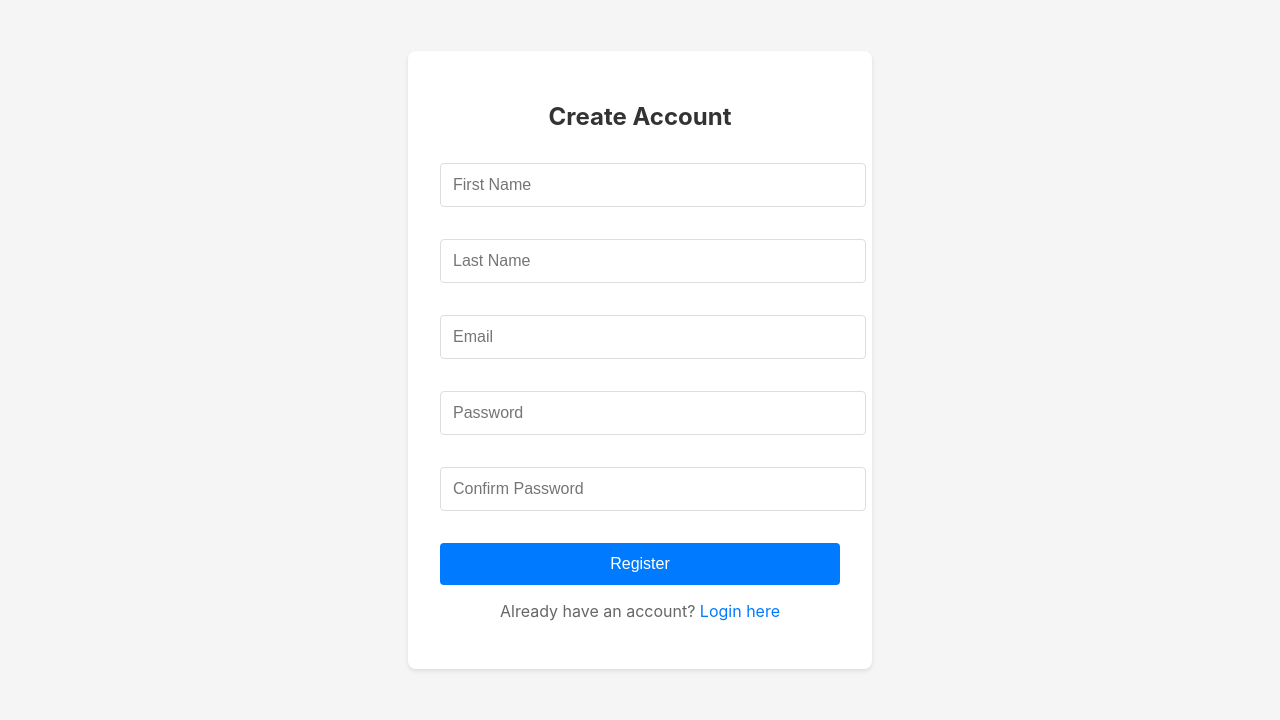
Repository: gpierre004/stock_trader_new
Page: /register (app in client/)
These files come from the project's save history. The page is drawn as it stood at one moment and after the next save; the edit follows.
The browser window is 1280 px wide. The pictures show the whole page.
The page's requests for data from a server got no answer. The project was rebuilt for these pictures with package versions that can differ from the ones it lists, and the page was loaded fresh each time. No one was signed in, and anything a server would have sent is missing. Also part of the build but not shown: client/src/pages/LoginPage.jsx, client/src/pages/DashboardPage.jsx, client/src/components/Navbar/Navbar.jsx, client/src/layouts/MainLayout.jsx.

Above is the page before, as saved 2024-12-08 22:11:01.

### client/src/App.js
import React from 'react';
import { Provider } from 'react-redux';
import store from './store/store';
import AppRoutes from './routes/AppRoutes';
import './App.css';

function App() {
  return (
    <Provider store={store}>
      <div className="App">
        <AppRoutes />
      </div>
    </Provider>
  );
}

export default App;

### client/src/store/store.js
import { configureStore } from '@reduxjs/toolkit';
import authReducer from '../features/Auth/authSlice';

const store = configureStore({
  reducer: {
    auth: authReducer,
  },
});

export default store;

### client/src/routes/AppRoutes.jsx
import React from 'react';
import { BrowserRouter as Router, Routes, Route, Navigate, Outlet } from 'react-router-dom';
import LoginPage from '../pages/LoginPage';
import RegisterPage from '../pages/RegisterPage';
import DashboardPage from '../pages/DashboardPage';
import MainLayout from '../layouts/MainLayout';
import { useSelector } from 'react-redux';

const PrivateRoute = () => {
  const { user } = useSelector((state) => state.auth);
  return user ? <Outlet /> : <Navigate to="/" />;
};

const AppRoutes = () => {
  return (
    <Router>
      <Routes>
        <Route path="/" element={<LoginPage />} />
        <Route path="/register" element={<RegisterPage />} />
        <Route element={<PrivateRoute />}>
          <Route element={<MainLayout />}>
            <Route path="/dashboard" element={<DashboardPage />} />
          </Route>
        </Route>
      </Routes>
    </Router>
  );
};

export default AppRoutes;

### client/src/features/Auth/authSlice.js
import { createSlice, createAsyncThunk } from '@reduxjs/toolkit';
import authService from './authService';

export const login = createAsyncThunk('auth/login', async (userData, thunkAPI) => {
  try {
    return await authService.login(userData);
  } catch (error) {
    return thunkAPI.rejectWithValue(error.response.data);
  }
});

const authSlice = createSlice({
  name: 'auth',
  initialState: { user: null, isLoading: false, error: null },
  reducers: {
    logout: (state) => {
      state.user = null;
    },
  },
  extraReducers: (builder) => {
    builder
      .addCase(login.pending, (state) => {
        state.isLoading = true;
      })
      .addCase(login.fulfilled, (state, action) => {
        state.isLoading = false;
        state.user = action.payload;
      })
      .addCase(login.rejected, (state, action) => {
        state.isLoading = false;
        state.error = action.payload;
      });
  },
});

export const { logout } = authSlice.actions;
export default authSlice.reducer;

### client/src/pages/RegisterPage.jsx
import React, { useState } from 'react';
import { useNavigate } from 'react-router-dom';
import Input from '../components/Input/Input';
import Button from '../components/Button/Button';
import authService from '../features/Auth/authService';

const RegisterPage = () => {
  const [formData, setFormData] = useState({
    email: '',
    password: '',
    confirmPassword: '',
    firstName: '',
    lastName: ''
  });
  const [error, setError] = useState('');
  const navigate = useNavigate();

  const handleChange = (e) => {
    setFormData({
      ...formData,
      [e.target.name]: e.target.value
    });
  };

  const handleSubmit = async (e) => {
    e.preventDefault();
    setError('');

    if (formData.password !== formData.confirmPassword) {
      setError('Passwords do not match');
      return;
    }

    try {
      const { confirmPassword, ...registrationData } = formData;
      await authService.register(registrationData);
      navigate('/login');
    } catch (err) {
      setError(err.response?.data?.message || 'Registration failed. Please try again.');
    }
  };

  return (
    <div style={styles.container}>
      <div style={styles.formContainer}>
        <h2 style={styles.title}>Create Account</h2>
        {error && <p style={styles.error}>{error}</p>}
        <form onSubmit={handleSubmit} style={styles.form}>
          <Input
            type="text"
            name="firstName"
            placeholder="First Name"
            value={formData.firstName}
            onChange={handleChange}
            required
          />
          <Input
            type="text"
            name="lastName"
            placeholder="Last Name"
            value={formData.lastName}
            onChange={handleChange}
            required
          />
          <Input
            type="email"
            name="email"
            placeholder="Email"
            value={formData.email}
            onChange={handleChange}
            required
          />
          <Input
            type="password"
            name="password"
            placeholder="Password"
            value={formData.password}
            onChange={handleChange}
            required
          />
          <Input
            type="password"
            name="confirmPassword"
            placeholder="Confirm Password"
            value={formData.confirmPassword}
            onChange={handleChange}
            required
          />
          <Button type="submit">Register</Button>
        </form>
        <p style={styles.loginLink}>
          Already have an account?{' '}
          <span
            onClick={() => navigate('/login')}
            style={styles.link}
          >
            Login here
          </span>
        </p>
      </div>
    </div>
  );
};

const styles = {
  container: {
    display: 'flex',
    justifyContent: 'center',
    alignItems: 'center',
    minHeight: '100vh',
    backgroundColor: '#f5f5f5'
  },
  formContainer: {
    padding: '2rem',
    backgroundColor: 'white',
    borderRadius: '8px',
    boxShadow: '0 2px 4px rgba(0, 0, 0, 0.1)',
    width: '100%',
    maxWidth: '400px'
  },
  title: {
    textAlign: 'center',
    marginBottom: '2rem',
    color: '#333'
  },
  form: {
    display: 'flex',
    flexDirection: 'column',
    gap: '1rem'
  },
  error: {
    color: 'red',
    textAlign: 'center',
    marginBottom: '1rem'
  },
  loginLink: {
    textAlign: 'center',
    marginTop: '1rem',
    color: '#666'
  },
  link: {
    color: '#007bff',
    cursor: 'pointer',
    '&:hover': {
      textDecoration: 'underline'
    }
  }
};

export default RegisterPage;

### client/src/features/Auth/authService.js
import api from '../../services/api';

const login = async (userData) => {
  const response = await api.post('/users/login', userData);
  return response.data;
};

const register = async (userData) => {
  const response = await api.post('/users/register', userData);
  return response.data;
};

const authService = { login, register };
export default authService;

### client/src/components/Input/Input.jsx
import React from 'react';

const Input = ({ type, name, placeholder, value, onChange, required }) => {
  return (
    <input
      type={type}
      name={name}
      placeholder={placeholder}
      value={value}
      onChange={onChange}
      required={required}
      style={styles.input}
    />
  );
};

const styles = {
  input: {
    width: '100%',
    padding: '0.75rem',
    marginBottom: '1rem',
    border: '1px solid #ddd',
    borderRadius: '4px',
    fontSize: '1rem',
    '&:focus': {
      outline: 'none',
      borderColor: '#007bff',
    },
  },
};

export default Input;

### client/src/components/Button/Button.jsx
import React from 'react';

const Button = ({ children, type = 'button', onClick }) => {
  return (
    <button
      type={type}
      onClick={onClick}
      style={styles.button}
    >
      {children}
    </button>
  );
};

const styles = {
  button: {
    width: '100%',
    padding: '0.75rem',
    backgroundColor: '#007bff',
    color: 'white',
    border: 'none',
    borderRadius: '4px',
    fontSize: '1rem',
    cursor: 'pointer',
    transition: 'background-color 0.2s',
    '&:hover': {
      backgroundColor: '#0056b3',
    },
    '&:focus': {
      outline: 'none',
      boxShadow: '0 0 0 2px rgba(0,123,255,0.25)',
    },
  },
};

export default Button;

### client/src/services/api.js
import axios from 'axios';

const api = axios.create({
  baseURL: 'http://localhost:3001/api', // Assuming backend runs on port 3001
  headers: {
    'Content-Type': 'application/json'
  }
});

// Add a request interceptor to attach the token
api.interceptors.request.use(
  (config) => {
    const token = localStorage.getItem('token');
    if (token) {
      config.headers.Authorization = `Bearer ${token}`;
    }
    return config;
  },
  (error) => {
    return Promise.reject(error);
  }
);

// Add a response interceptor to handle common errors
api.interceptors.response.use(
  (response) => response,
  (error) => {
    if (error.response?.status === 401) {
      localStorage.removeItem('token');
      window.location.href = '/';
    }
    return Promise.reject(error);
  }
);

export default api;

### client/src/services/websocket.js
class WebSocketService {
    constructor() {
        this.ws = null;
        this.reconnectAttempts = 0;
        this.maxReconnectAttempts = 5;
        this.listeners = new Map();
    }

    connect() {
        try {
            this.ws = new WebSocket('ws://localhost:3001/ws');

            this.ws.onopen = () => {
                console.log('WebSocket connected');
                this.reconnectAttempts = 0;
            };

            this.ws.onmessage = (event) => {
                try {
                    const data = JSON.parse(event.data);
                    // Notify all listeners for this message type
                    const listeners = this.listeners.get(data.type) || [];
                    listeners.forEach(callback => callback(data));
                } catch (error) {
                    console.error('Error parsing WebSocket message:', error);
                }
            };

            this.ws.onclose = () => {
                console.log('WebSocket disconnected');
                this.attemptReconnect();
            };

            this.ws.onerror = (error) => {
                console.error('WebSocket error:', error);
            };
        } catch (error) {
            console.error('Error creating WebSocket connection:', error);
            this.attemptReconnect();
        }
    }

    attemptReconnect() {
        if (this.reconnectAttempts < this.maxReconnectAttempts) {
            this.reconnectAttempts++;
            console.log(`Attempting to reconnect... (${this.reconnectAttempts}/${this.maxReconnectAttempts})`);
            setTimeout(() => this.connect(), 3000);
        } else {
            console.error('Max reconnection attempts reached');
        }
    }

    subscribe(type, callback) {
        if (!this.listeners.has(type)) {
            this.listeners.set(type, []);
        }
        this.listeners.get(type).push(callback);
    }

    unsubscribe(type, callback) {
        if (!this.listeners.has(type)) return;
        const listeners = this.listeners.get(type);
        const index = listeners.indexOf(callback);
        if (index !== -1) {
            listeners.splice(index, 1);
        }
    }

    send(data) {
        if (this.ws && this.ws.readyState === WebSocket.OPEN) {
            this.ws.send(JSON.stringify(data));
        } else {
            console.error('WebSocket is not connected');
        }
    }

    disconnect() {
        if (this.ws) {
            this.ws.close();
            this.ws = null;
        }
    }
}

// Create a singleton instance
const websocketService = new WebSocketService();

export default websocketService;

Loaded but not shown: client/public/index.html (common file); client/src/index.js (common file); client/src/index.css (common file); client/src/reportWebVitals.js (common file); client/src/App.css (common file)

After the next save:
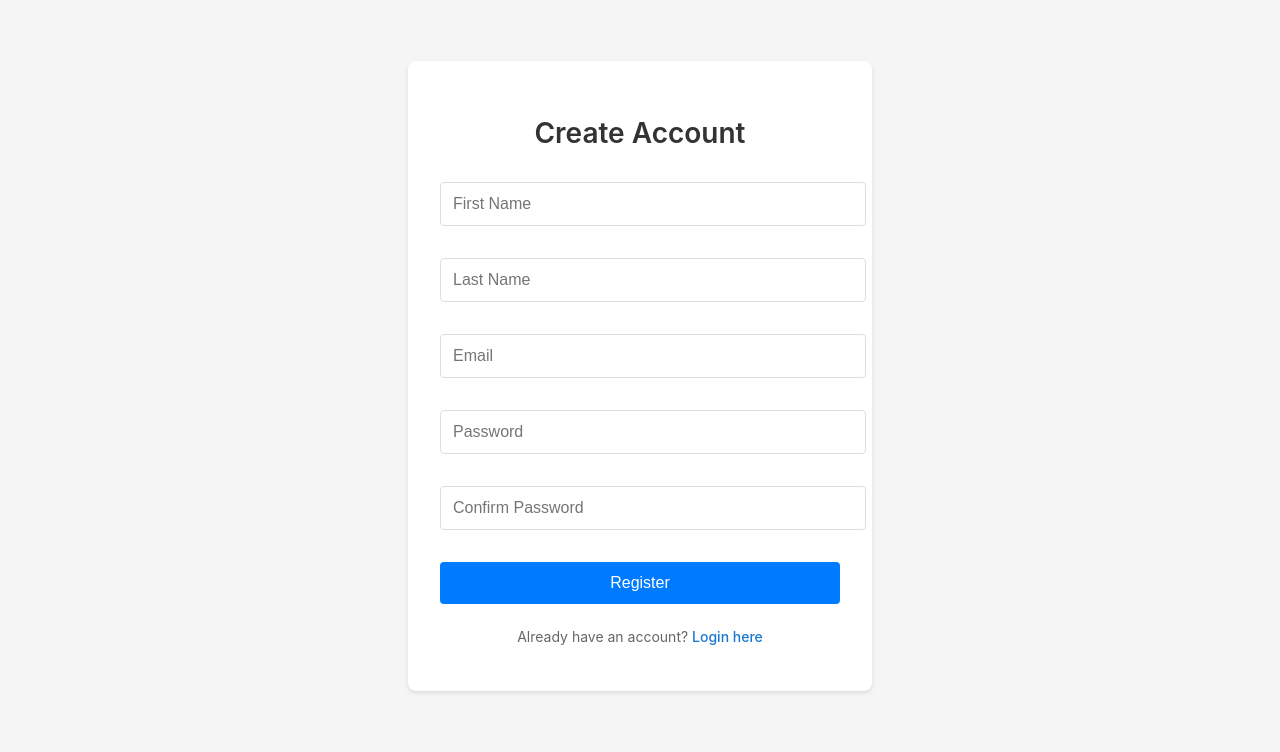
Saved 33 s later.
--- a/client/src/pages/RegisterPage.jsx
+++ b/client/src/pages/RegisterPage.jsx
@@ -1,8 +1,9 @@
-import React, { useState } from 'react';
+import React, { useState, useEffect } from 'react';
 import { useNavigate } from 'react-router-dom';
 import Input from '../components/Input/Input';
 import Button from '../components/Button/Button';
 import authService from '../features/Auth/authService';
+import websocketService from '../services/websocket';
 
 const RegisterPage = () => {
   const [formData, setFormData] = useState({
@@ -13,30 +14,88 @@ const RegisterPage = () => {
     lastName: ''
   });
   const [error, setError] = useState('');
+  const [isLoading, setIsLoading] = useState(false);
   const navigate = useNavigate();
+
+  useEffect(() => {
+    // Connect to WebSocket when component mounts
+    websocketService.connect();
+
+    // Subscribe to registration status updates
+    const handleRegistrationStatus = (data) => {
+      if (data.type === 'registration_status') {
+        if (data.status === 'success') {
+          navigate('/login');
+        } else {
+          setError(data.message || 'Registration failed');
+          setIsLoading(false);
+        }
+      }
+    };
+
+    websocketService.subscribe('registration_status', handleRegistrationStatus);
+
+    // Cleanup on unmount
+    return () => {
+      websocketService.unsubscribe('registration_status', handleRegistrationStatus);
+      websocketService.disconnect();
+    };
+  }, [navigate]);
+
+  const validateForm = () => {
+    if (!formData.email || !formData.password || !formData.confirmPassword) {
+      setError('All fields are required');
+      return false;
+    }
+
+    if (formData.password.length < 6) {
+      setError('Password must be at least 6 characters long');
+      return false;
+    }
+
+    if (formData.password !== formData.confirmPassword) {
+      setError('Passwords do not match');
+      return false;
+    }
+
+    const emailRegex = /^[^\s@]+@[^\s@]+\.[^\s@]+$/;
+    if (!emailRegex.test(formData.email)) {
+      setError('Please enter a valid email address');
+      return false;
+    }
+
+    return true;
+  };
 
   const handleChange = (e) => {
     setFormData({
       ...formData,
       [e.target.name]: e.target.value
     });
+    // Clear error when user starts typing
+    if (error) setError('');
   };
 
   const handleSubmit = async (e) => {
     e.preventDefault();
     setError('');
 
-    if (formData.password !== formData.confirmPassword) {
-      setError('Passwords do not match');
+    if (!validateForm()) {
       return;
     }
 
+    setIsLoading(true);
     try {
       const { confirmPassword, ...registrationData } = formData;
       await authService.register(registrationData);
-      navigate('/login');
+      // After successful registration, WebSocket will handle the redirect
     } catch (err) {
-      setError(err.response?.data?.message || 'Registration failed. Please try again.');
+      console.error('Registration error:', err);
+      setError(
+        err.response?.data?.message ||
+        'Registration failed. Please check your connection and try again.'
+      );
+      setIsLoading(false);
     }
   };
 
@@ -44,7 +103,11 @@ const RegisterPage = () => {
     <div style={styles.container}>
       <div style={styles.formContainer}>
         <h2 style={styles.title}>Create Account</h2>
-        {error && <p style={styles.error}>{error}</p>}
+        {error && (
+          <div style={styles.errorContainer}>
+            <p style={styles.error}>{error}</p>
+          </div>
+        )}
         <form onSubmit={handleSubmit} style={styles.form}>
           <Input
             type="text"
@@ -53,6 +116,7 @@ const RegisterPage = () => {
             value={formData.firstName}
             onChange={handleChange}
             required
+            disabled={isLoading}
           />
           <Input
             type="text"
@@ -61,6 +125,7 @@ const RegisterPage = () => {
             value={formData.lastName}
             onChange={handleChange}
             required
+            disabled={isLoading}
           />
           <Input
             type="email"
@@ -69,6 +134,7 @@ const RegisterPage = () => {
             value={formData.email}
             onChange={handleChange}
             required
+            disabled={isLoading}
           />
           <Input
             type="password"
@@ -77,6 +143,7 @@ const RegisterPage = () => {
             value={formData.password}
             onChange={handleChange}
             required
+            disabled={isLoading}
           />
           <Input
             type="password"
@@ -85,14 +152,21 @@ const RegisterPage = () => {
             value={formData.confirmPassword}
             onChange={handleChange}
             required
-          />
-          <Button type="submit">Register</Button>
+            disabled={isLoading}
+          />
+          <Button
+            type="submit"
+            disabled={isLoading}
+            style={isLoading ? {...styles.button, ...styles.buttonDisabled} : styles.button}
+          >
+            {isLoading ? 'Creating Account...' : 'Register'}
+          </Button>
         </form>
         <p style={styles.loginLink}>
           Already have an account?{' '}
           <span
-            onClick={() => navigate('/login')}
-            style={styles.link}
+            onClick={() => !isLoading && navigate('/login')}
+            style={isLoading ? {...styles.link, ...styles.linkDisabled} : styles.link}
           >
             Login here
           </span>
@@ -108,7 +182,8 @@ const styles = {
     justifyContent: 'center',
     alignItems: 'center',
     minHeight: '100vh',
-    backgroundColor: '#f5f5f5'
+    backgroundColor: '#f5f5f5',
+    padding: '1rem'
   },
   formContainer: {
     padding: '2rem',
@@ -121,29 +196,53 @@ const styles = {
   title: {
     textAlign: 'center',
     marginBottom: '2rem',
-    color: '#333'
+    color: '#333',
+    fontSize: '1.75rem',
+    fontWeight: '600'
   },
   form: {
     display: 'flex',
     flexDirection: 'column',
     gap: '1rem'
   },
+  errorContainer: {
+    backgroundColor: '#ffebee',
+    border: '1px solid #ffcdd2',
+    borderRadius: '4px',
+    padding: '0.75rem',
+    marginBottom: '1rem'
+  },
   error: {
-    color: 'red',
+    color: '#c62828',
     textAlign: 'center',
-    marginBottom: '1rem'
+    margin: 0,
+    fontSize: '0.875rem'
+  },
+  button: {
+    marginTop: '1rem'
+  },
+  buttonDisabled: {
+    opacity: 0.7,
+    cursor: 'not-allowed'
   },
   loginLink: {
     textAlign: 'center',
-    marginTop: '1rem',
-    color: '#666'
+    marginTop: '1.5rem',
+    color: '#666',
+    fontSize: '0.875rem'
   },
   link: {
-    color: '#007bff',
+    color: '#1976d2',
     cursor: 'pointer',
+    textDecoration: 'none',
+    fontWeight: '500',
     '&:hover': {
       textDecoration: 'underline'
     }
+  },
+  linkDisabled: {
+    opacity: 0.7,
+    cursor: 'not-allowed'
   }
 };
 
